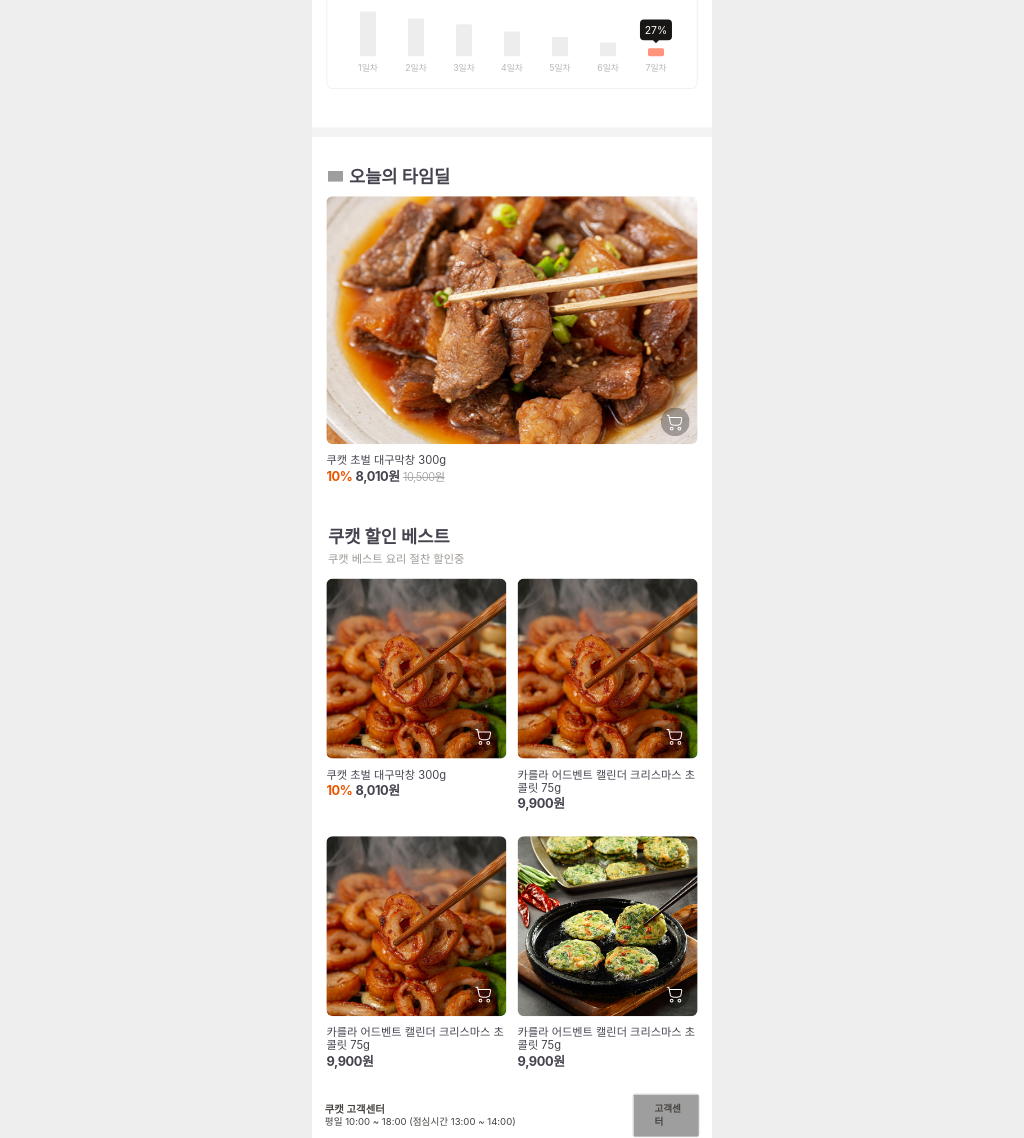
Repository: CooKat/Cookat
Page: specialPrice.html
These files come from the project's save history. The page is drawn as it stood at one moment and after the next save; the edit follows.
The browser window is 1280 px wide. The pictures show the part of the page from y = 3594 to 5016 px (the page is 5801 px tall before and 5813 px after), at 80% of full size.
Pictures or frames that could not be fetched are drawn as grey boxes. A picture or video elsewhere on the page could not be fetched, so the positions and the page height are approximate. Some web fonts or font styles are not loaded; a fallback is used.

Above is the page before, as saved 2022-12-29 16:57:42.
Not found: css/responsive.css
Not found: js/ex1.js

After the next save:
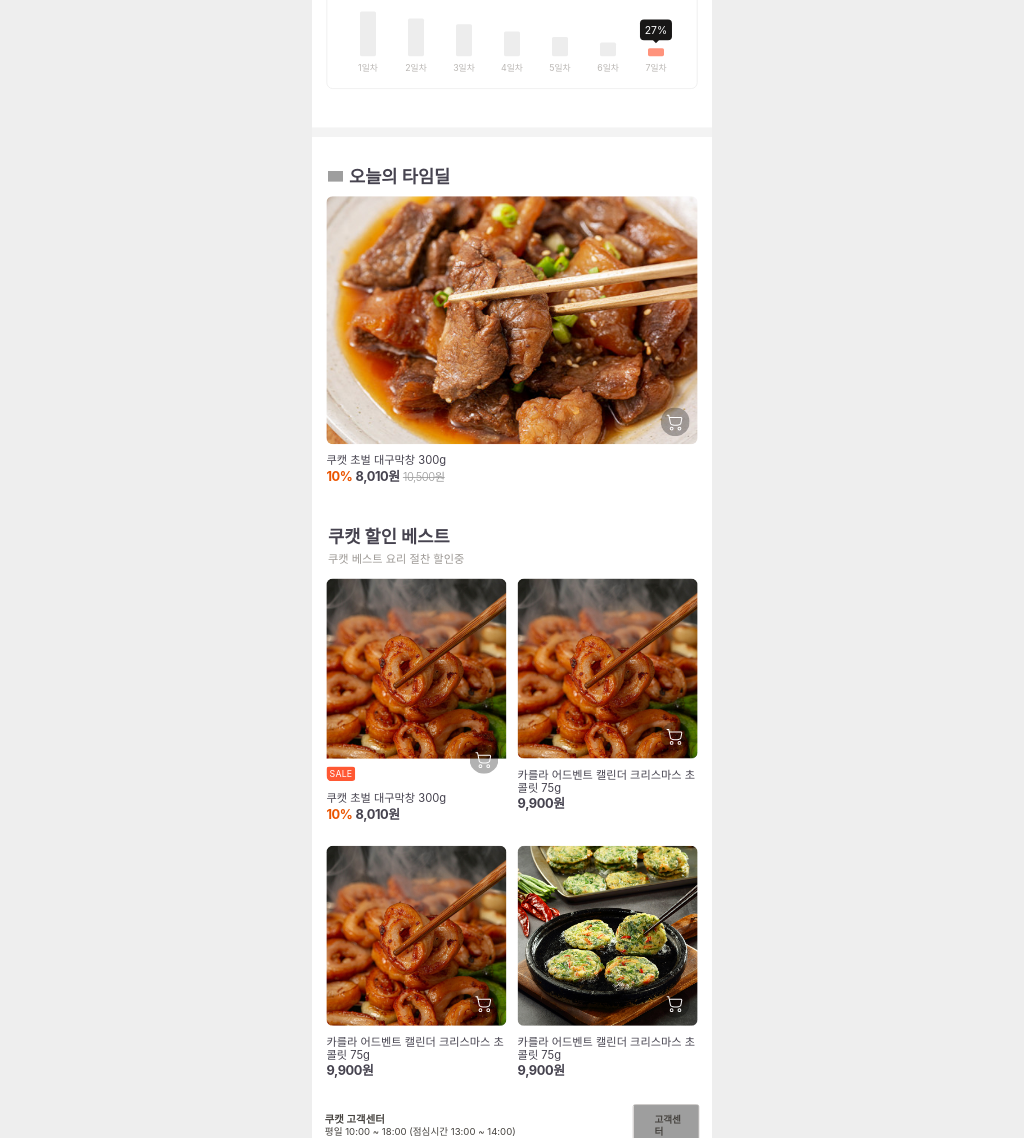
Saved 70 s later.
--- a/specialPrice.html
+++ b/specialPrice.html
@@ -363,6 +363,7 @@
                       alt="장바구니"
                     />
                   </button>
+                  <p class="sale">SALE</p>
                 </div>
                 <div class="prd-info">
                   <h2><a href="/">쿠캣 초벌 대구막창 300g</a></h2>
